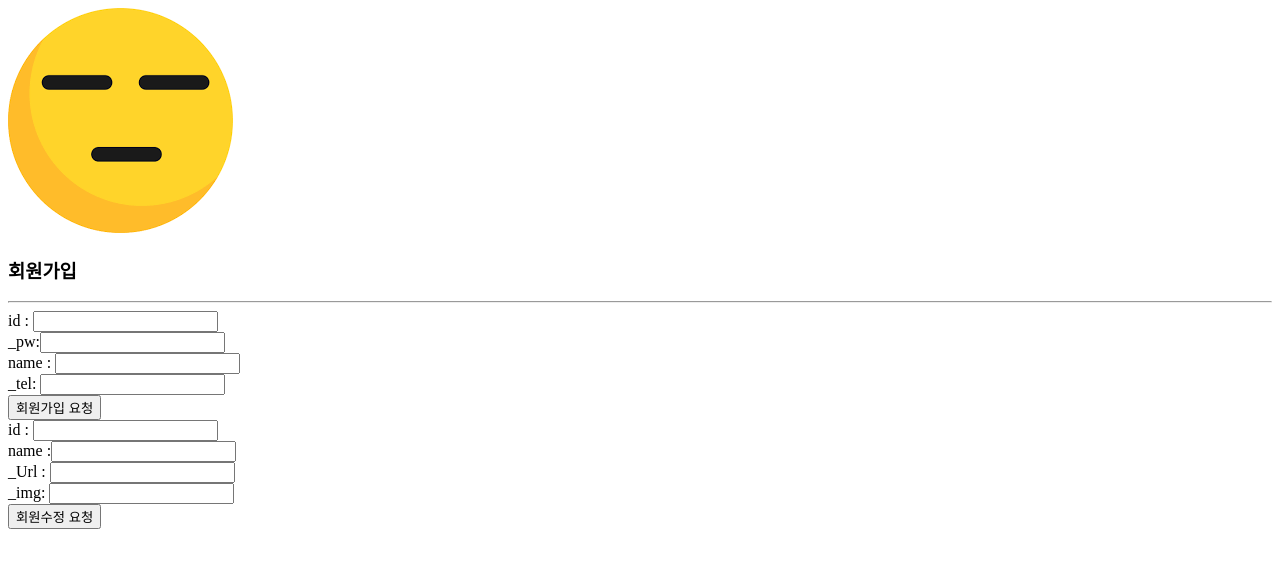
Repository: Yusubin/springEx
Page: http://localhost/spring5/member.jsp
These files come from the project's save history. The page is drawn as it stood at one moment and after the next save; the edit follows.
The browser window is 1280 px wide. The pictures show the whole page.
The page is served by Tomcat 9. Nobody is signed in. The application's start-up code is not run.

Above is the page before, as saved 2022-02-21 04:08:08.

After the next save:
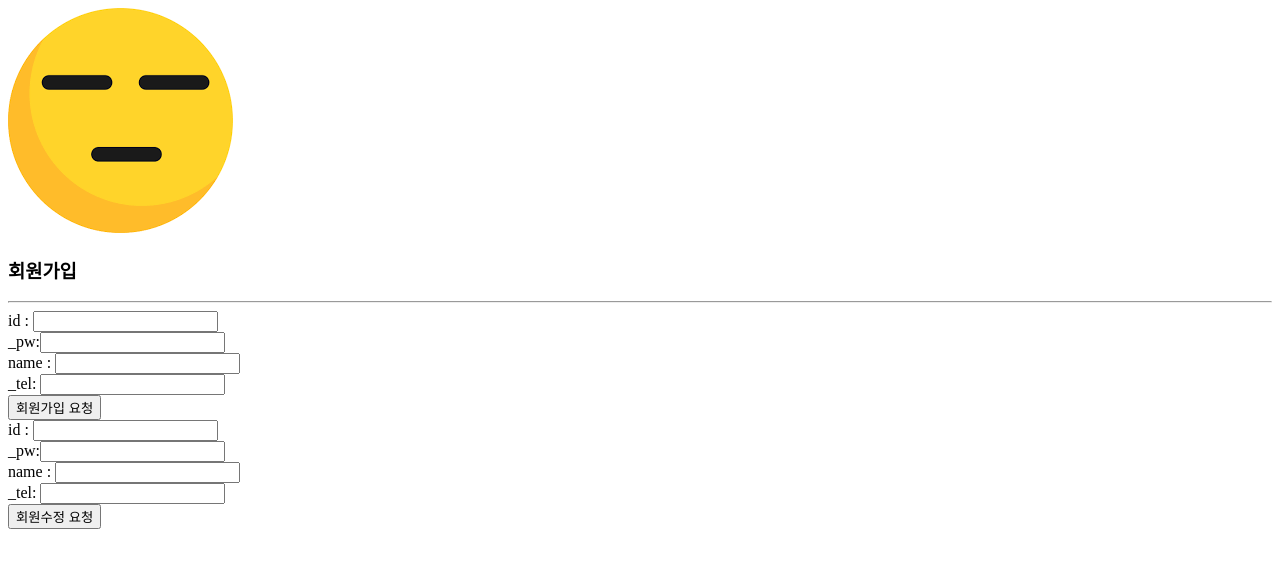
Saved 4 s later.
--- a/spring5/src/main/webapp/member.jsp
+++ b/spring5/src/main/webapp/member.jsp
@@ -18,10 +18,10 @@
 		<button >회원가입 요청</button>
 </form>
 <form action="insert">
-		id : <input type="text" name="id"><br>
-		name :<input type="text"name="name"><br>
-		_Url : <input type="text"name="url"><br>
-		_img: <input type="text" name="img"><br>
+	id : <input type="text" name="id"><br>
+		_pw:<input type="text"name="pw"><br>
+		name : <input type="text"name="name"><br>
+		_tel: <input type="text" name="tel"><br>
 		<button >회원수정 요청</button>
 </form>
 </body>
